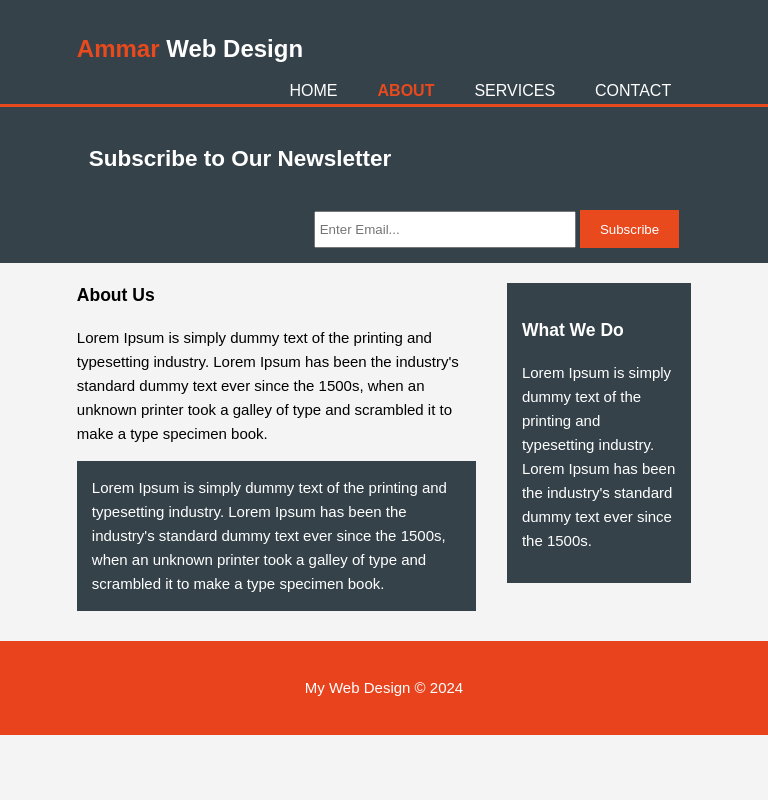
Repository: aobeid1979/html-website
Page: about.html
An editor plug-in stored every save of this project. The page is shown before and after the next save, followed by the edit.
The browser window is 768 px wide. The pictures show the whole page.

Above is the page before, as saved 2024-05-04 06:32:54.

### about.html
<!DOCTYPE html>
<html lang="en">
<head>
    <meta charset="UTF-8">
    <meta name="viewport" content="width=device-width, initial-scale=1.0">
    <meta name="description" content="Responsive Website using HTML CSS and JavaScript">
    <meta name="keywords" content="HTML, CSS, JavaScript">
    <meta name="author" content="Ammar Obeid">
    <title>Resopnsiv Website | About</title>
    <link rel="stylesheet" href="./css/style.css">
</head>
<body>
    <header>
        <div class="container">
            <div id="brandinig">
                <h1><span class="highlight">Ammar</span> Web Design</h1>

            </div>
            <nav>
                <ul>
                    <li ><a href="index.html">Home</a></li>
                    <li class="current"><a href="about.html">About</a></li>
                    <li><a href="services.html">Services</a></li>
                    <li><a href="contact.html">Contact</a></li>
                </ul>
        </div>

    </header>



    <section id="newsletter">
        <div class="container">
            <h1>Subscribe to Our Newsletter</h1>
            <form>
                <input type="email" placeholder="Enter Email...">
                <button type="submit" class="button_1">Subscribe</button>
            </form>
        </div>
    </section>

    <section id="main">
        <div class="container">
            <article id="main-col">
                <h1 class="page-title">About Us</h1>
                <p>Lorem Ipsum is simply dummy text of the printing and typesetting industry. Lorem Ipsum has been the industry's standard dummy text ever since the 1500s, when an unknown printer took a galley of type and scrambled it to make a type specimen book.</p>
                <p class="dark">Lorem Ipsum is simply dummy text of the printing and typesetting industry. Lorem Ipsum has been the industry's standard dummy text ever since the 1500s, when an unknown printer took a galley of type and scrambled it to make a type specimen book.</p>
            </article>

            <aside id="sidebar">
                <div class="dark">
                    <h3>What We Do</h3>
                    <p>Lorem Ipsum is simply dummy text of the printing and typesetting industry. Lorem Ipsum has been the industry's standard dummy text ever since the 1500s.</p>
                </div>
            </aside>
        </div>
    </section>

    <footer>
        <p>My Web Design &copy; 2024</p>
    </footer>

</body>
</html>

### css/style.css
body{
    font: 15px/1.6 Arial, Helvetica,sans-serif;
    padding: 0;
    margin: 0;
    background-color: #f4f4f4;
}

.container{
    width: 80%;
    margin: auto;
    overflow: hidden;
}

header{
    background: #35424a;
    color: #ffffff;
    padding-top: 30px;
    min-height: 70px;
    border-bottom: #e8491d 3px solid;
}

header h1{
    margin: 0;
    padding: 0;
    font-size: 24px;
    font-weight: bold;
}

header a{
    color: #ffffff;
    text-decoration: none;
    text-transform: uppercase;
    font-size: 16px;
}

header ul{
    margin: 0;
    padding: 0;
}

header li{
    float: left;
    display: inline;
    padding: 0 20px 0 20px;
}

header #brandinig{
    float: left;
}

header #brandinig h1{
    margin: 0;
}

header nav{
    float: right;
    margin-top: 10px;
}

header .highlight, header .current a {
    color: #e8491d;
    font-weight: bold;
}

header a:hover{
    color: #cccccc;
    font-weight: bold;
}

#showcase{
    background:url('../img/showcase.jpg') no-repeat center center;
    background-position: center -400;
    background-size: cover;
    min-height: 400px;
    text-align: center;
    color: #1b1a20;
}

#showcase h1{
    margin-top: 100px;
    font-size: 55px;
    margin-bottom: 10px;
    -webkit-text-stroke: 1px #e8491d;
}

#showcase p{
    font-size: 30px;
    -webkit-text-fill-color: blue;

}

#showcase p:hover{
    -webkit-text-stroke: 1px #e8491d;
}

#newsletter{
    padding: 15px;
    color: #ffffff;
    background: #35424a;
    text-align: center;
}

#newsletter h1{
    float: left;
}

#newsletter form{
    float: right;
    margin-top: 15px;
}

#newsletter input[type="email"]{
    padding: 4px;
    height: 25px;
    width: 250px;
}

#newsletter button{
    height: 38px;
    background: #e8491d;
    color: #ffffff;
    border: none;
    padding: 0 20px 0 20px;
}

#newsletter button:hover{
    background: #cccccc;
    color: #1b1a20;
}

#boxes{
    margin-top: 20px;
}

#boxes .box{
    float: left;
    text-align: center;
    width: 30%;
    padding: 10px;
}


#boxes .box img{
    width: 90px;
}

footer{
    background-color: #e8431d;
    color: #ffffff;
    text-align: center;
    padding: 20px;
    margin-top: 20px;
}

aside#sidebar{
    float: right;
    width: 30%;
    margin-top: 10px;
}

article#main-col{
    float: left;
    width: 65%;
}

.dark{
    background-color: #35424a;
    color: #ffffff;
    padding: 15px;
    margin-top: 10px;
    margin-bottom: 10px;
}

@media

After the next save:
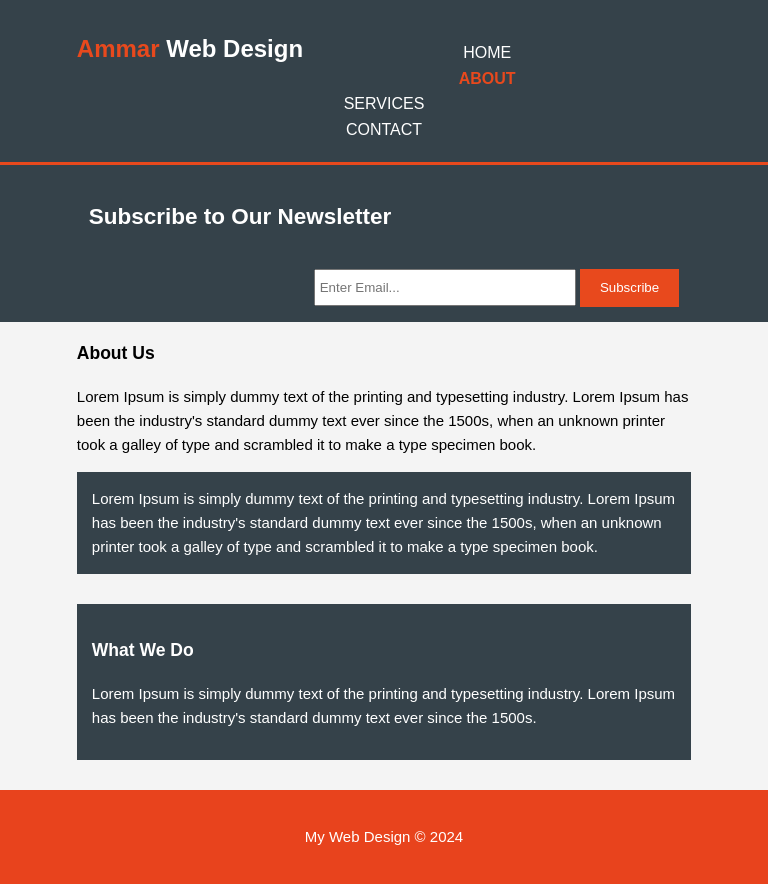
Saved 9 s later.
--- a/css/style.css
+++ b/css/style.css
@@ -171,4 +171,38 @@
     margin-bottom: 10px;
 }
 
-@media
+@media(max-width: 768px){
+    header #branding, header nav, header nav ul, header nav ul li{
+        float: none;
+        display: block;
+    }
+
+    header ul{
+        text-align: center;
+    }
+
+    header{
+        padding-bottom: 20px;
+    }
+
+    #showcase h1{
+        margin-top: 40px;
+        font-size: 40px;
+    }
+
+    #showcase p{
+        font-size: 20px;
+    }
+
+    aside#sidebar{
+        width: 100%;
+    }
+
+    article#main-col{
+        width: 100%;
+    }
+
+    #boxes .box{
+        width: 100%;
+    }
+}
